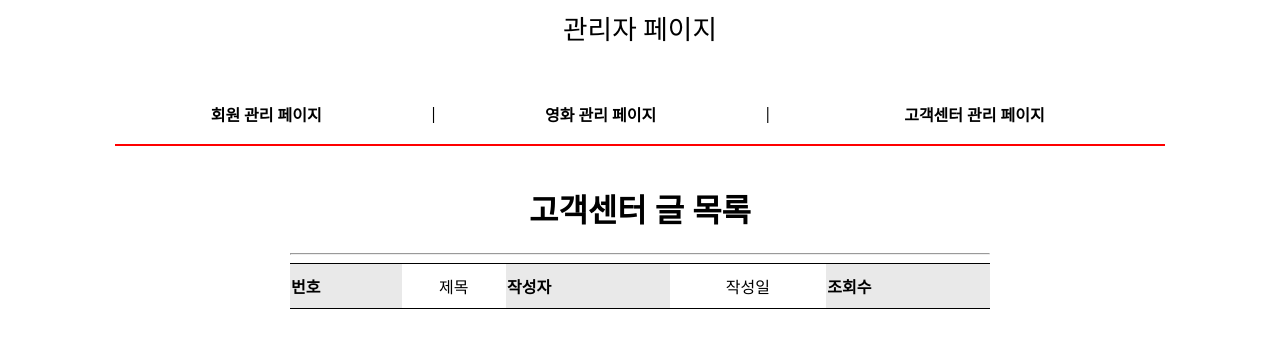
Repository: Tah282/movieSite
Page: http://localhost/CGV_project/WEB-INF/views/manager/boardManagement.jsp
An editor plug-in stored every save of this project. The page is shown before and after the next save, followed by the edit.
The browser window is 1280 px wide. The pictures show the whole page.
The page is served by Tomcat 9. Nobody is signed in. The template is opened directly, without the code that normally fills it, so the values that code supplies are empty.

Above is the page before, as saved 2024-01-04 05:56:12.

After the next save:
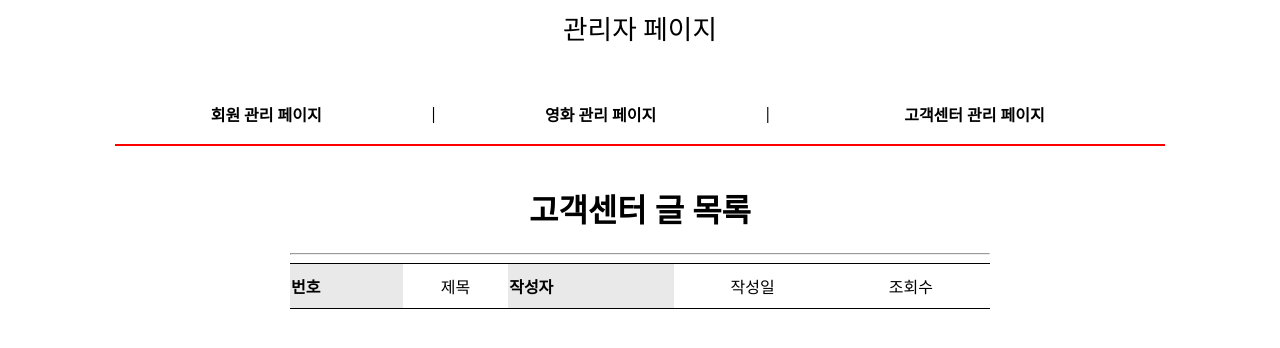
Saved 13 s later.
--- a/CGV_project/src/main/webapp/WEB-INF/views/manager/boardManagement.jsp
+++ b/CGV_project/src/main/webapp/WEB-INF/views/manager/boardManagement.jsp
@@ -24,7 +24,7 @@
 				<td class="board-content4">제목</td>
 				<td class="board-content2">작성자</td>
 				<td class="board-content4">작성일</td>
-				<td class="board-content2">조회수</td>
+				<td class="board-content4">조회수</td>
 			</tr>
 		<c:forEach var="board" items="${boardList}">
 			<tr>
